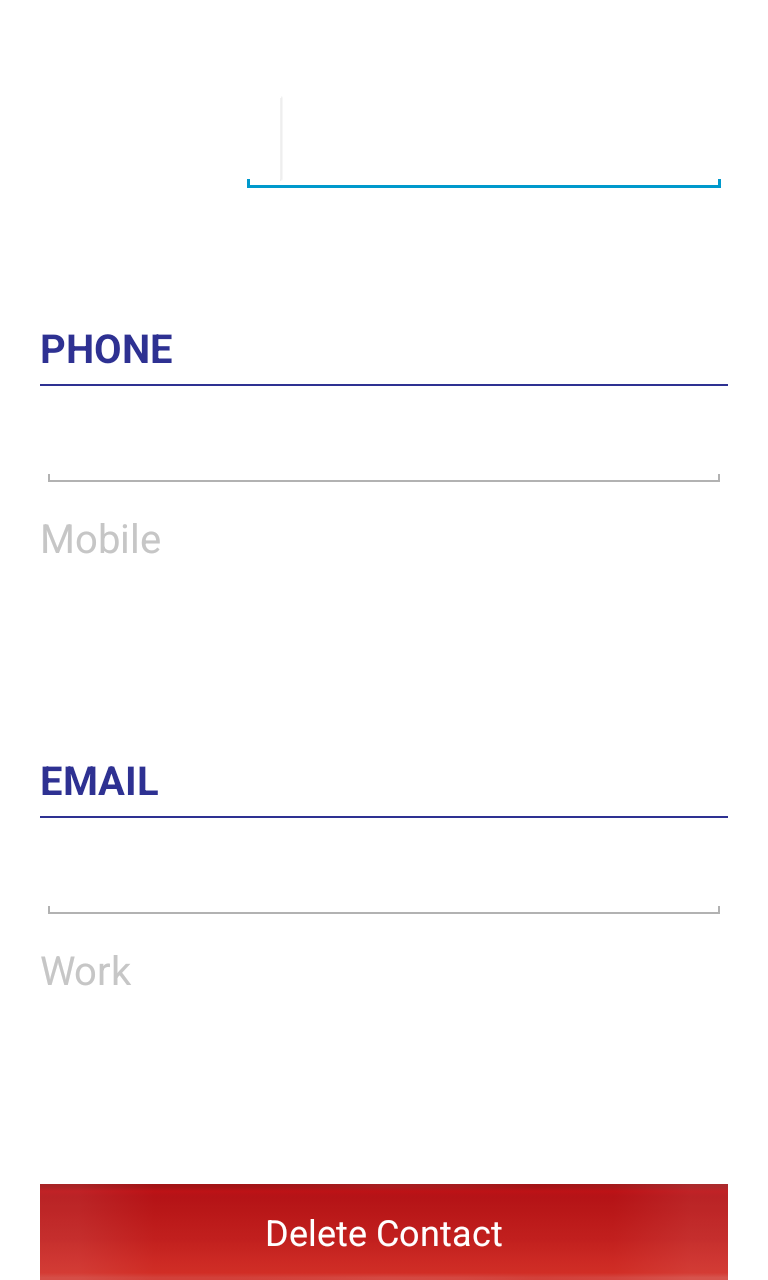
Repository: GitDidNotExitCleanly/FaceLabel
Layout: FaceLabel/res/layout/fragment_member_edit.xml
These files come from the project's save history. The layout is drawn as it stood at one moment and after the next save; the edit follows.
It is drawn on a 768 x 1280 px phone screen (xhdpi) without system bars, with theme AppTheme; the app's code is not run.

Above is the layout before, as saved 2015-05-12 15:01:54.

### FaceLabel/res/layout/fragment_member_edit.xml
<LinearLayout xmlns:android="http://schemas.android.com/apk/res/android"
    xmlns:tools="http://schemas.android.com/tools"
    android:layout_width="match_parent"
    android:layout_height="match_parent"
    android:gravity="center"
    android:orientation="vertical"
    android:paddingLeft="20dp"
    android:paddingRight="20dp"
    tools:context="com.facelabel.contacts.member.MemberEditFragment" >

    <LinearLayout
        android:layout_width="match_parent"
        android:layout_height="wrap_content"
        android:layout_marginTop="20dp"
        android:layout_marginBottom="40dp"
        android:gravity="center" >

 		<ImageView
     		android:id="@+id/activity_member_photo_edit"
        	android:layout_width="100dp"
        	android:layout_height="100dp"
       		android:scaleType="fitXY" />

        <EditText
            android:id="@+id/activity_member_name_edit"
            android:layout_width="match_parent"
            android:layout_height="wrap_content"
            android:paddingLeft="20dp"
            android:textSize="30sp"
            android:layout_weight="1"
            android:ems="10"
            android:inputType="textPersonName" >

            <requestFocus />
        </EditText>

    </LinearLayout>

    <LinearLayout
        android:layout_width="match_parent"
        android:layout_height="wrap_content"
        android:layout_weight="1"
        android:orientation="vertical" >

        <TextView
            android:layout_width="wrap_content"
            android:layout_height="wrap_content"
            android:text="PHONE"
            android:textStyle="bold"
            android:textColor="#2E3192"
            android:textSize="20sp" />

       	<View
			android:layout_width="fill_parent"
			android:layout_height="1dp"
			android:layout_marginTop="5dp"
			android:layout_marginBottom="10dp"
			android:background="#2E3192"/>

       	<LinearLayout
       	    android:layout_width="match_parent"
       	    android:layout_height="0dp"
       	    android:layout_weight="1"
       	    android:orientation="vertical" >

				<EditText
				    android:id="@+id/activity_member_phone_edit"
				    android:layout_width="match_parent"
				    android:layout_height="wrap_content"
				    android:ems="10"
				    android:textSize="20sp"
				    android:inputType="phone" />

       		    <TextView
       		        android:layout_width="wrap_content"
       		        android:layout_height="wrap_content"
       		        android:layout_marginBottom="10dp"
       		        android:layout_marginTop="10dp"
       		        android:text="Mobile"
       		        android:textColor="#C6C6C6"
       		        android:textSize="20sp" />

       	</LinearLayout>

    </LinearLayout>

    <LinearLayout
        android:layout_width="match_parent"
        android:layout_height="wrap_content"
        android:layout_weight="1"
        android:orientation="vertical" >

        <TextView
            android:layout_width="wrap_content"
            android:layout_height="wrap_content"
            android:text="EMAIL"
            android:textStyle="bold"
            android:textColor="#2E3192"
            android:textSize="20sp" />

        <View
			android:layout_width="fill_parent"
			android:layout_height="1dp"
			android:layout_marginTop="5dp"
			android:layout_marginBottom="10dp"
			android:background="#2E3192"/>

       	<LinearLayout
            android:layout_width="match_parent"
            android:layout_height="wrap_content"
            android:orientation="vertical" >

       		<EditText
       		    android:id="@+id/activity_member_email_edit"
       		    android:layout_width="match_parent"
       		    android:layout_height="wrap_content"
       		    android:ems="10"
       		    android:textSize="20sp"
       		    android:inputType="textEmailAddress" />

            <TextView
                android:layout_width="wrap_content"
                android:layout_height="wrap_content"
                android:layout_marginTop="10dp"
                android:layout_marginBottom="10dp"
                android:textColor="#C6C6C6"
                android:text="Work"
                android:textSize="20sp" />

        </LinearLayout>

    </LinearLayout>

    <Button
        android:id="@+id/activity_member_delete"
        android:layout_width="match_parent"
        android:layout_height="wrap_content"
        android:layout_alignParentBottom="true"
        android:layout_centerHorizontal="true"
        android:background="@drawable/delete_button_effect"
        android:text="Delete Contact"
        android:textColor="#fff" />

</LinearLayout>

### FaceLabel/res/values/styles.xml
<resources>

    <!--
        Base application theme, dependent on API level. This theme is replaced
        by AppBaseTheme from res/values-vXX/styles.xml on newer devices.
    -->
    <style name="AppBaseTheme" parent="android:Theme.Light">
        <!--
            Theme customizations available in newer API levels can go in
            res/values-vXX/styles.xml, while customizations related to
            backward-compatibility can go here.
        -->
    </style>

    <!-- Application theme. -->
    <style name="AppTheme" parent="AppBaseTheme">
        <!-- All customizations that are NOT specific to a particular API-level can go here. -->
    </style>

    <style name="PopupMenuAnimation" parent="android:Animation">
        <item name="android:windowEnterAnimation">@anim/slide_up_dialog</item>
        <item name="android:windowExitAnimation">@anim/slide_out_down</item>
	</style>

</resources>

### FaceLabel/res/drawable-mdpi/delete_button_effect.xml
<?xml version="1.0" encoding="utf-8"?>
<selector xmlns:android="http://schemas.android.com/apk/res/android" >
    <item android:state_pressed="false" android:drawable="@drawable/button_delete" />
    <item android:state_pressed="true" android:drawable="@drawable/button_delete_pressed" />
    <item android:drawable="@drawable/button_delete" />
</selector>

Loaded but not shown: FaceLabel/res/values-v11/styles.xml (common file); FaceLabel/res/values-v14/styles.xml (common file)

After the next save:
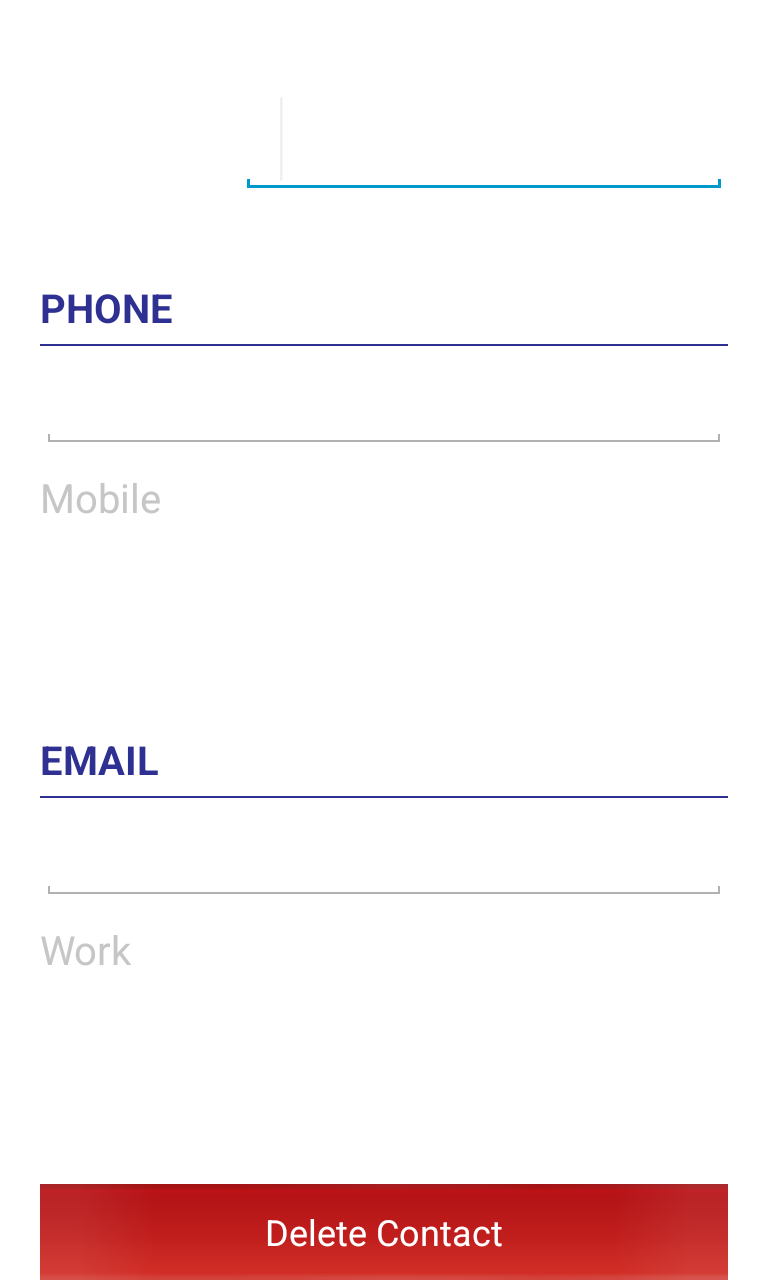
Saved 4 min 5 s later.
--- a/FaceLabel/res/layout/fragment_member_edit.xml
+++ b/FaceLabel/res/layout/fragment_member_edit.xml
@@ -11,8 +11,8 @@
     <LinearLayout
         android:layout_width="match_parent"
         android:layout_height="wrap_content"
+        android:layout_marginBottom="20dp"
         android:layout_marginTop="20dp"
-        android:layout_marginBottom="40dp"
         android:gravity="center" >
 
  		<ImageView
